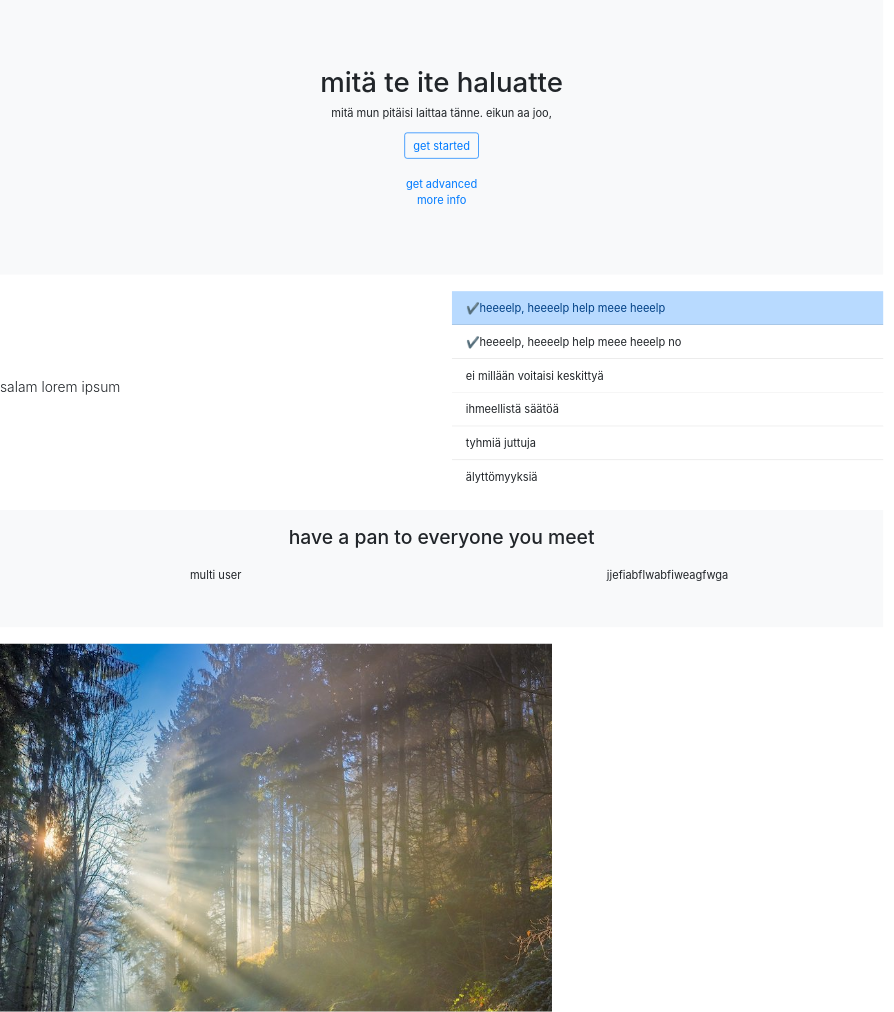
Repository: jessehapuli/jessehapuli.github.io
Page: Bootstrap/index.html
The author's editor kept a copy of each file at every save. The page is drawn from the files as they stood at one save, then again after the next save.
The browser window is 1280 px wide. The page is 1295 px wide, so the pictures cover 1295 px, including what lies to the right of the window. The pictures show the whole page, at 69% of full size.

Above is the page before, as saved 2024-04-24 12:49:05.

After the next save:
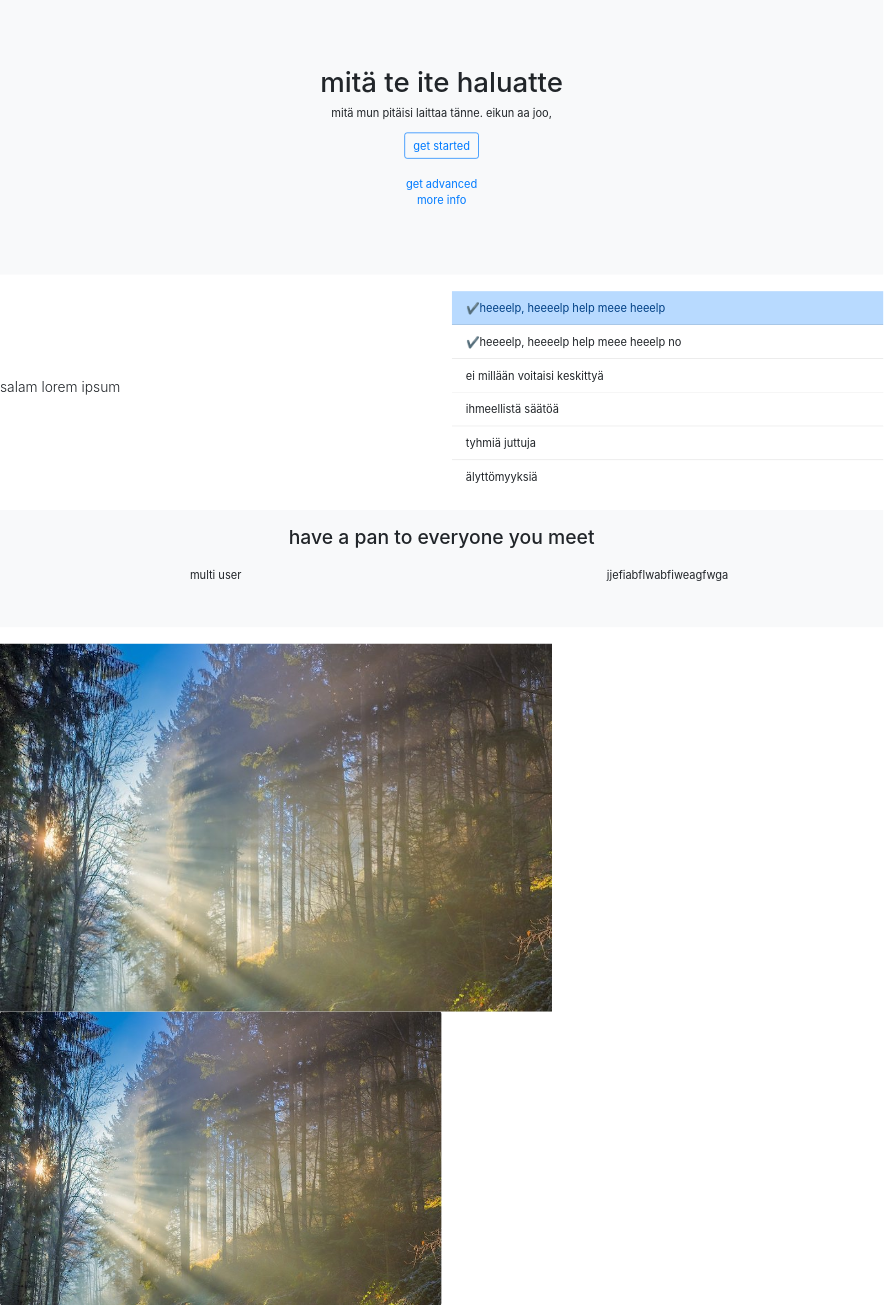
Saved 79 s later.
--- a/Bootstrap/index.html
+++ b/Bootstrap/index.html
@@ -68,7 +68,8 @@
     </section>
 
     <!--images-->
-    <img src="..\img/bootstrap_images/sample.jpg">
+    <img src="..\img/bootstrap_images/sample.jpg" class="h-25">
+    <img src="..\img/bootstrap_images/sample.jpg" class="w-50 rounded">
 
     <!-- Optional JavaScript; choose one of the two! -->
 
